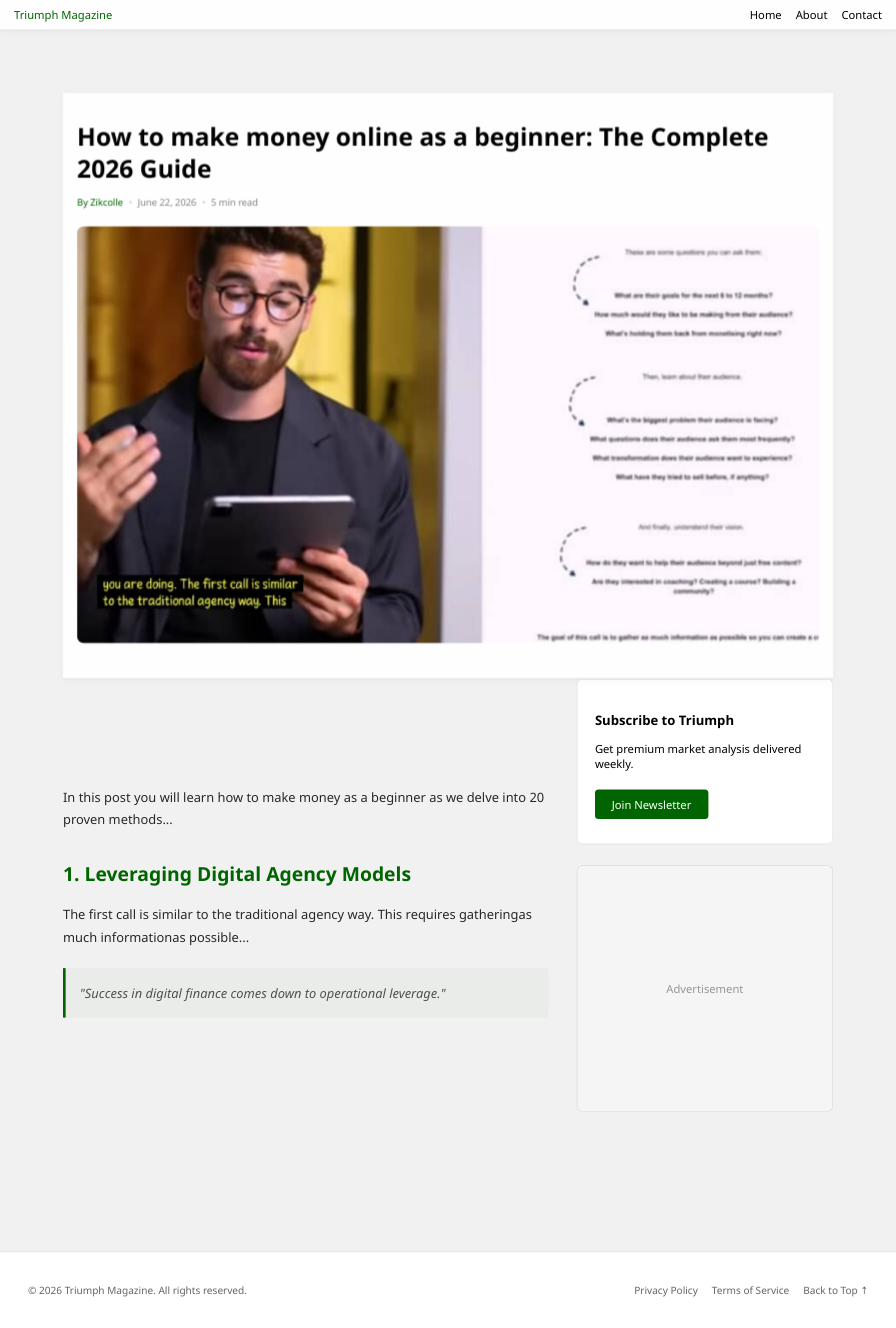
Repository: zikcolle/Triumph-Blog
Page: post.html
These files come from the project's save history. The page is drawn as it stood at one moment and after a run of saves; the edit follows.
The browser window is 1280 px wide. The pictures show the whole page, at 70% of full size.

Above is the page before, as saved 2026-06-23 11:06:42.

After the next 2 saves:
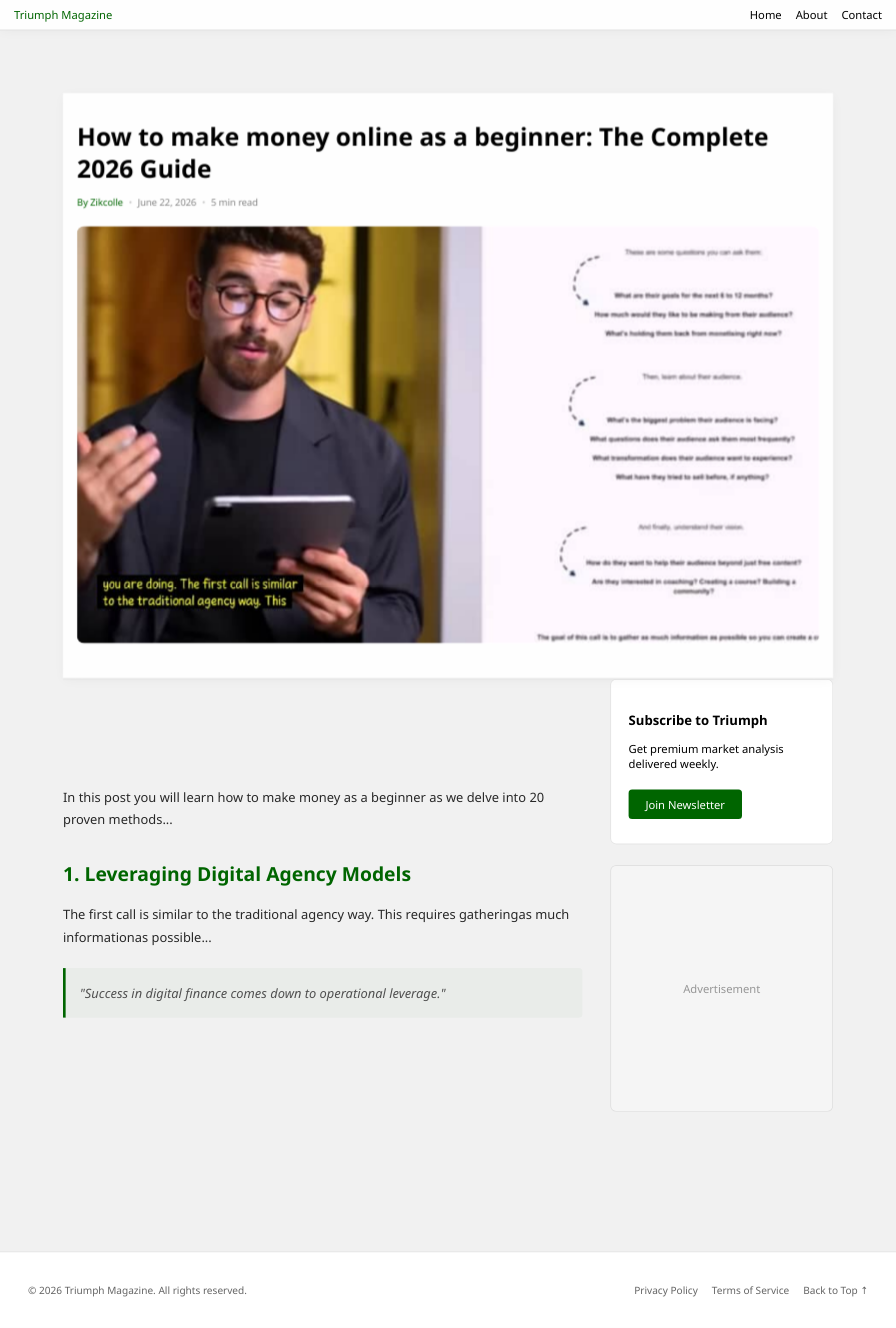
The 2 saves are shown as one change because they came seconds apart.
The last was saved 5 s later.
--- a/styles.css
+++ b/styles.css
@@ -376,6 +376,7 @@ footer {
     }
 
     .post-sidebar {
-        width: 30;
-    }
-}
+        width: 30%;
+
+    }
+}
